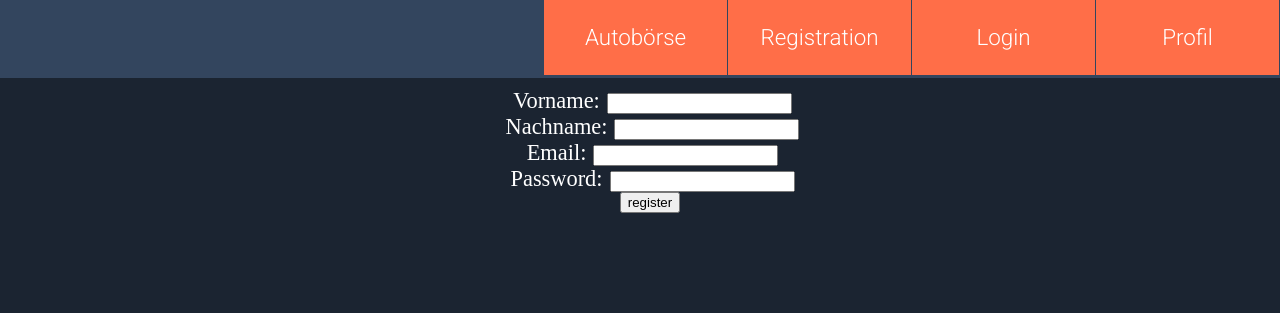
Repository: Turkelten/CarAdminstration
Page: Autobörse/WebContent/registration.html
An editor plug-in stored every save of this project. The page is shown before and after the next save, followed by the edit.
The browser window is 1280 px wide. The pictures show the whole page.

Above is the page before, as saved 2020-07-18 18:54:36.

After the next save:
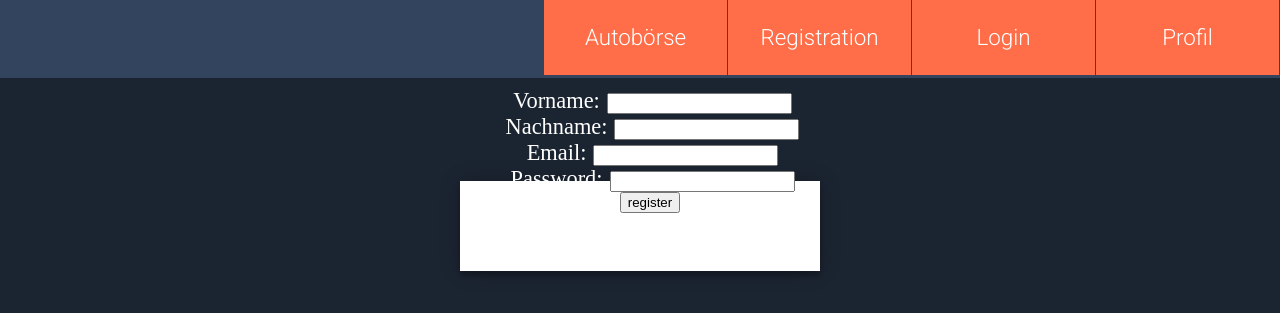
Saved 71 s later.
--- a/Autobörse/WebContent/registration.html
+++ b/Autobörse/WebContent/registration.html
@@ -39,14 +39,19 @@
 			</ul>
 		</nav>
 	</header>
-
-			<form class="register-form" method="post" action="register">
-		      	<input type="text" placeholder="name"/>
-		      	<input type="password" placeholder="password"/>
-		      	<input type="text" placeholder="email address"/>
-		      	<button>create</button>
-		      	<p class="message">Already registered? <a href="registration.html">Sign In</a></p>
-		  	</form>
+	<div class="page">
+		<div class="login-page">
+		  	<div class="form">
+				<form class="register-form" method="post" action="register">
+			      	<input type="text" placeholder="name"/>
+			      	<input type="password" placeholder="password"/>
+			      	<input type="text" placeholder="email address"/>
+			      	<button>create</button>
+			      	<p class="message">Already registered? <a href="registration.html">Sign In</a></p>
+			  	</form>
+	  		</div>
+  		</div>
+  	</div>
 
 	<div class="page">
 		<div class="registration">
